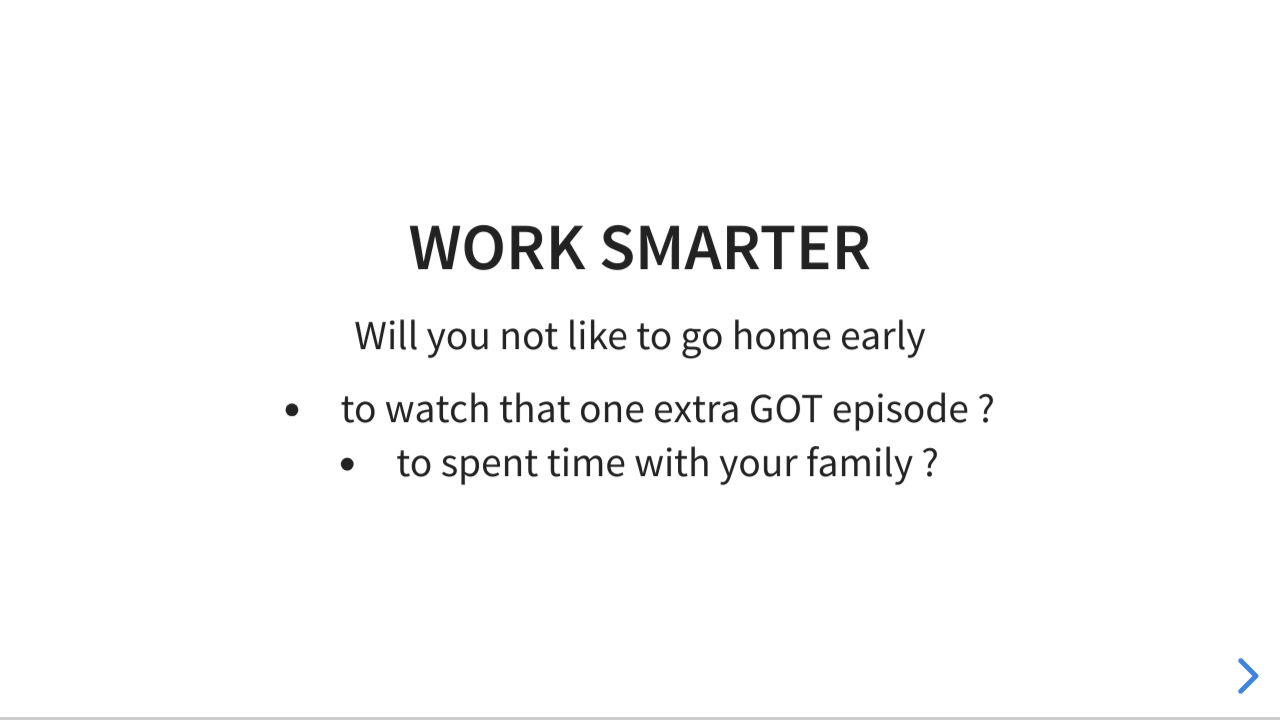
Repository: swapnilshrikhande/worksmarter
Page: index.html
An editor plug-in stored every save of this project. The page is shown before and after the next save, followed by the edit.
The browser window is 1280 px wide. The pictures show the whole page.

Above is the page before, as saved 2019-10-23 14:29:59.

After the next save:
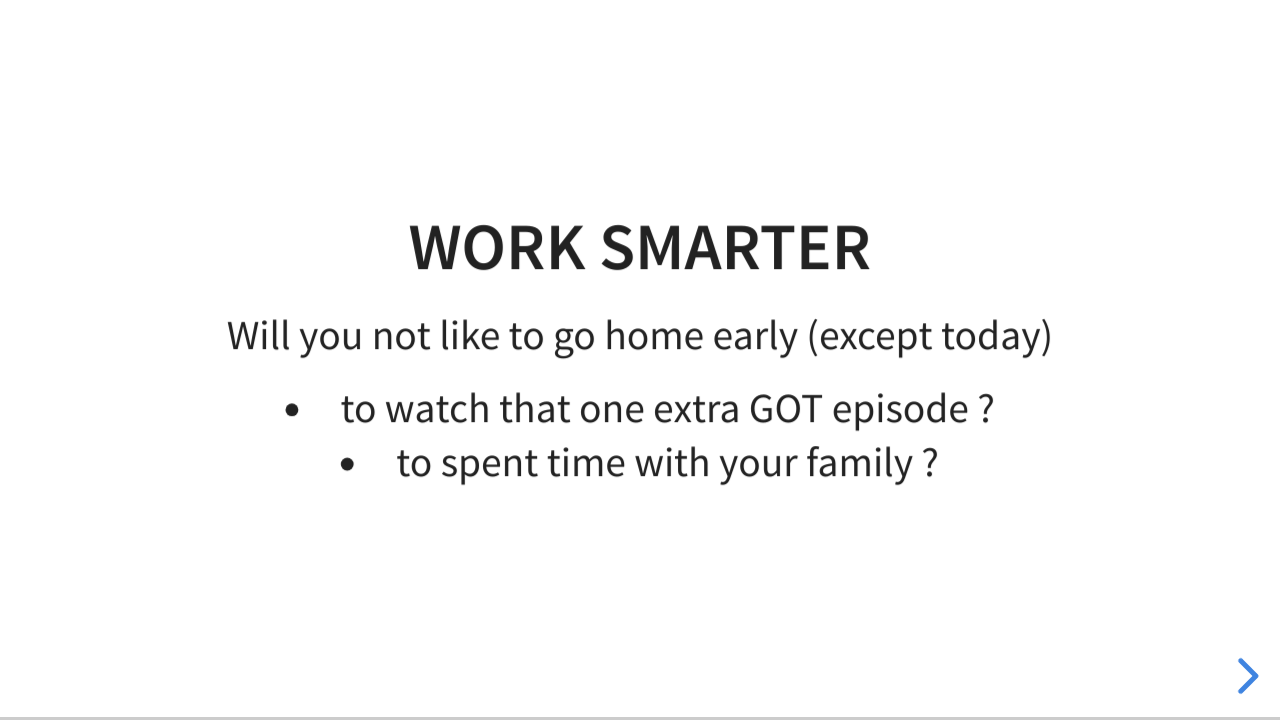
Saved 62 s later.
--- a/index.html
+++ b/index.html
@@ -29,7 +29,7 @@
 				<section>
 					<h2>Work Smarter</h2>
 					<p>
-						Will you not like to go home early
+						Will you not like to go home early (except today)
 						<li>to watch that one extra GOT episode ?</li>
 						<li>to spent time with your family ?</li>
 					</p>

After the 2 saves that followed:
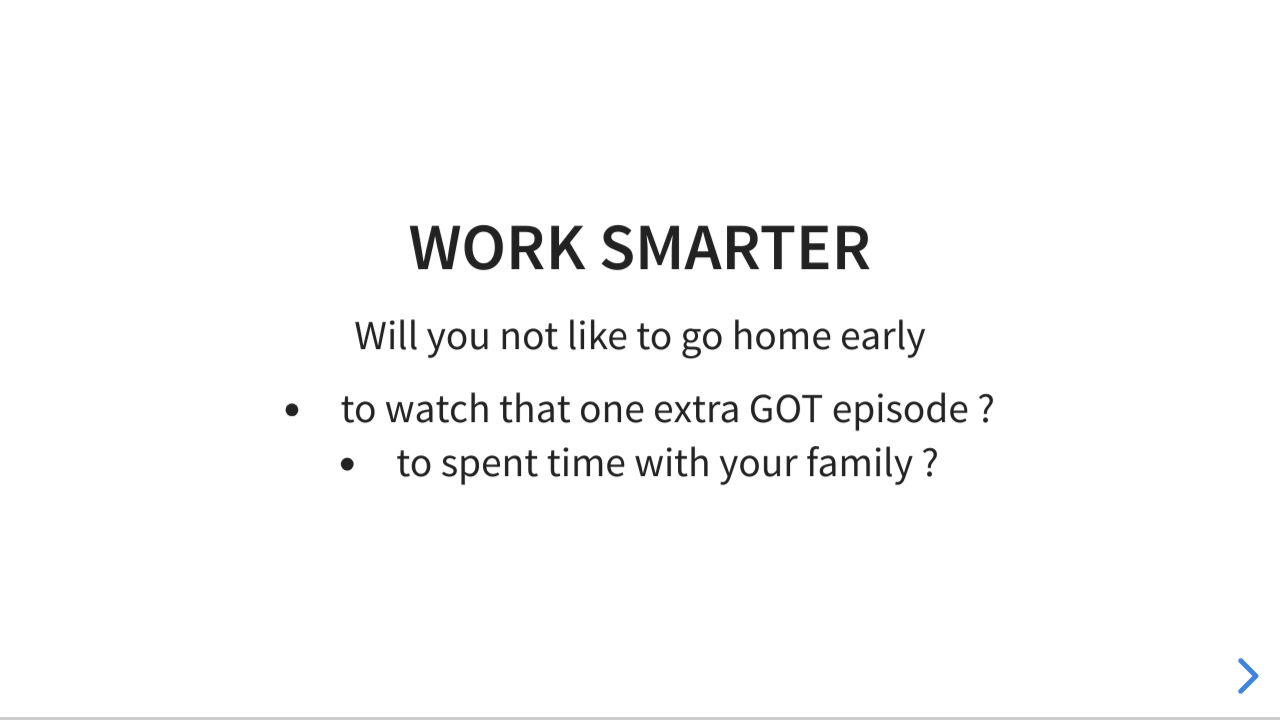
The 2 saves are shown as one change because they came seconds apart.
The last was saved 27 s later.
--- a/index.html
+++ b/index.html
@@ -29,7 +29,7 @@
 				<section>
 					<h2>Work Smarter</h2>
 					<p>
-						Will you not like to go home early (except today)
+							Will you not like to go home early
 						<li>to watch that one extra GOT episode ?</li>
 						<li>to spent time with your family ?</li>
 					</p>
